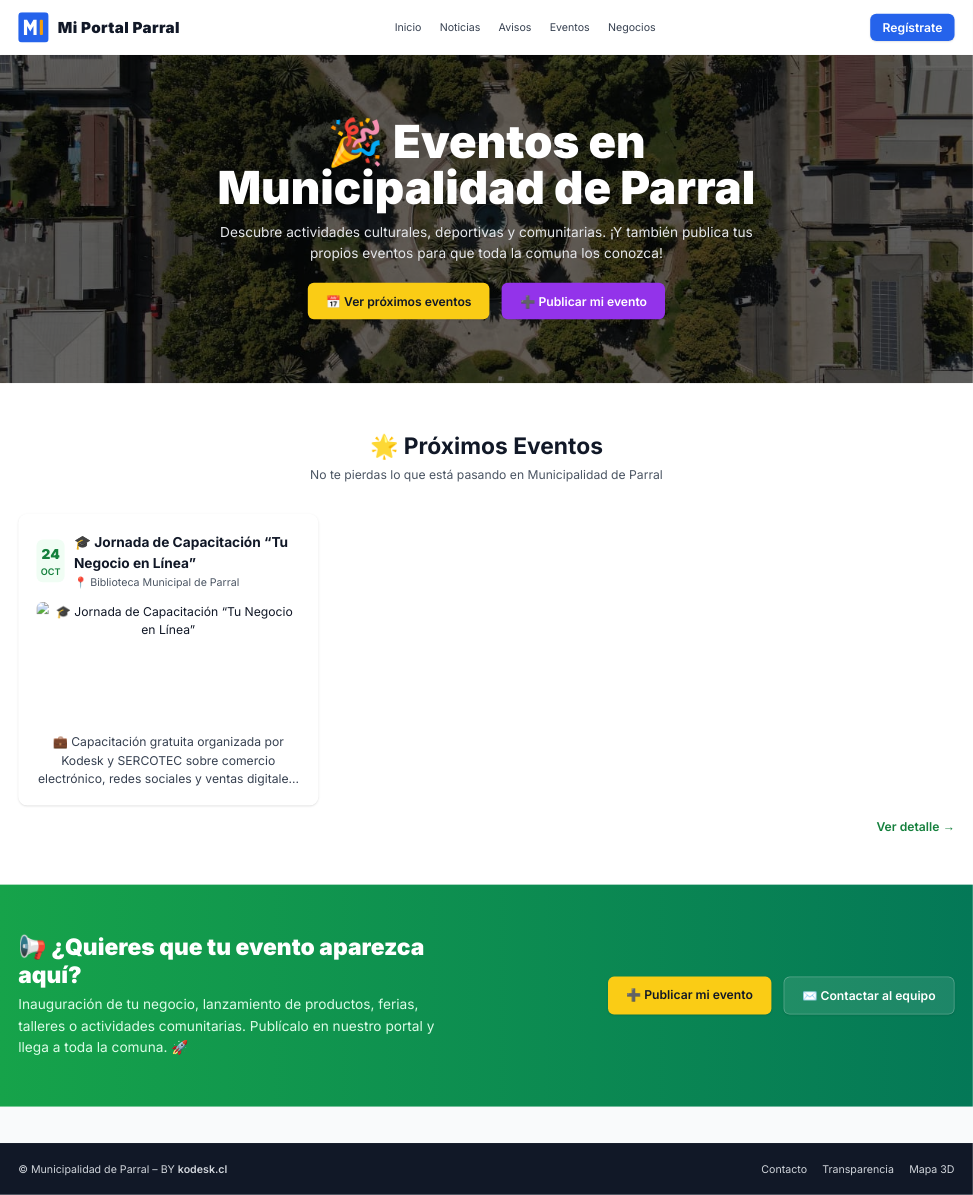
Repository: eikos4/MiPortal
Page: http://localhost/eventos
An editor plug-in stored every save of this project. The page is shown before and after a run of saves, followed by the edit.
The browser window is 1280 px wide. The pictures show the whole page, at 76% of full size.
Some web libraries are served in a nearby version. The page is served by the project's application, run on Flask 3 (mi_comuna/__init__.py). The page reads the database file committed with the project.

Above is the page before, as saved 2025-10-11 18:15:46.

After the next 2 saves:
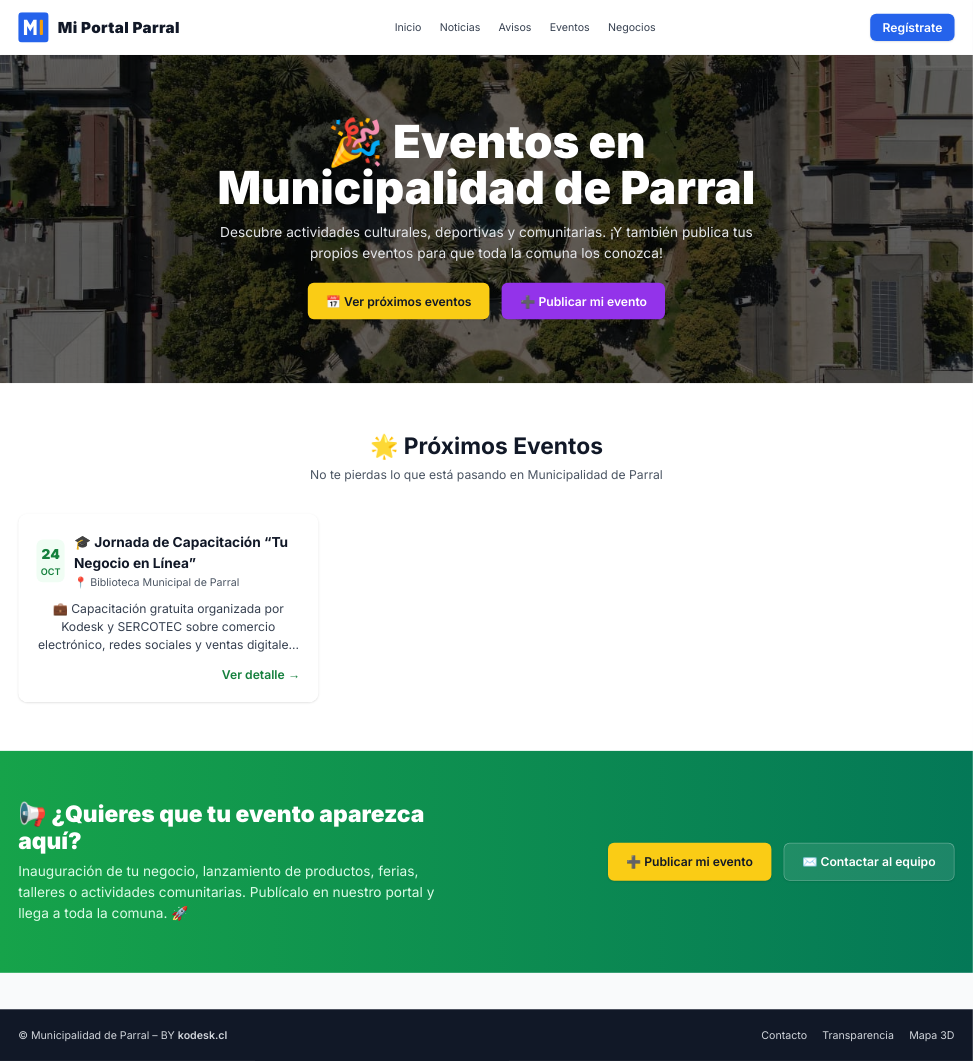
The 2 saves are shown as one change because 1 did not build or start.
The last was saved 11 s later.
--- a/mi_comuna/modules/inicio/templates/inicio/eventos.html
+++ b/mi_comuna/modules/inicio/templates/inicio/eventos.html
@@ -35,14 +35,10 @@
       <div id="listado-eventos" class="mt-10 grid md:grid-cols-2 lg:grid-cols-3 gap-6">
         {% for e in eventos %}
         <article class="bg-white rounded-xl shadow hover:shadow-xl transition p-6 flex flex-col justify-between cursor-pointer"
+               onclick='abrirModal({{ e.titulo|tojson }}, {{ e.descripcion|tojson }}, {{ e.lugar|tojson }}, {{ e.fecha.strftime("%d/%m/%Y")|tojson }}, {{ (e.hora.strftime("%H:%M") if e.hora else "—")|tojson }}, {{ (url_for("static", filename=e.imagen) if e.imagen else url_for("static", filename="img/default_event.jpg"))|tojson }})'
 
-
-
-
-
-
-        <div>
-            <!-- Encabezado de fecha + título -->
+                 >
+          <div>
             <div class="flex items-center gap-3">
               <div class="flex flex-col items-center justify-center w-14 h-14 rounded-lg bg-green-50 text-green-700">
                 <span class="text-lg font-extrabold">{{ e.fecha.strftime("%d") }}</span>
@@ -55,18 +51,10 @@
                 </p>
               </div>
             </div>
-
-            <!-- Imagen -->
-            <div class="mt-4 w-full h-40 overflow-hidden rounded-lg">
-              <img src="{{ e.imagen_url }}" alt="{{ e.titulo }}" class="w-full h-full object-cover">
-            </div>
-
-            <!-- Descripción corta -->
             {% if e.descripcion %}
               <p class="mt-3 text-gray-700 line-clamp-3">{{ e.descripcion }}</p>
             {% endif %}
           </div>
-
           <div class="mt-4 text-right">
             <span class="inline-flex items-center gap-1 text-green-700 font-semibold hover:underline">
               Ver detalle →
